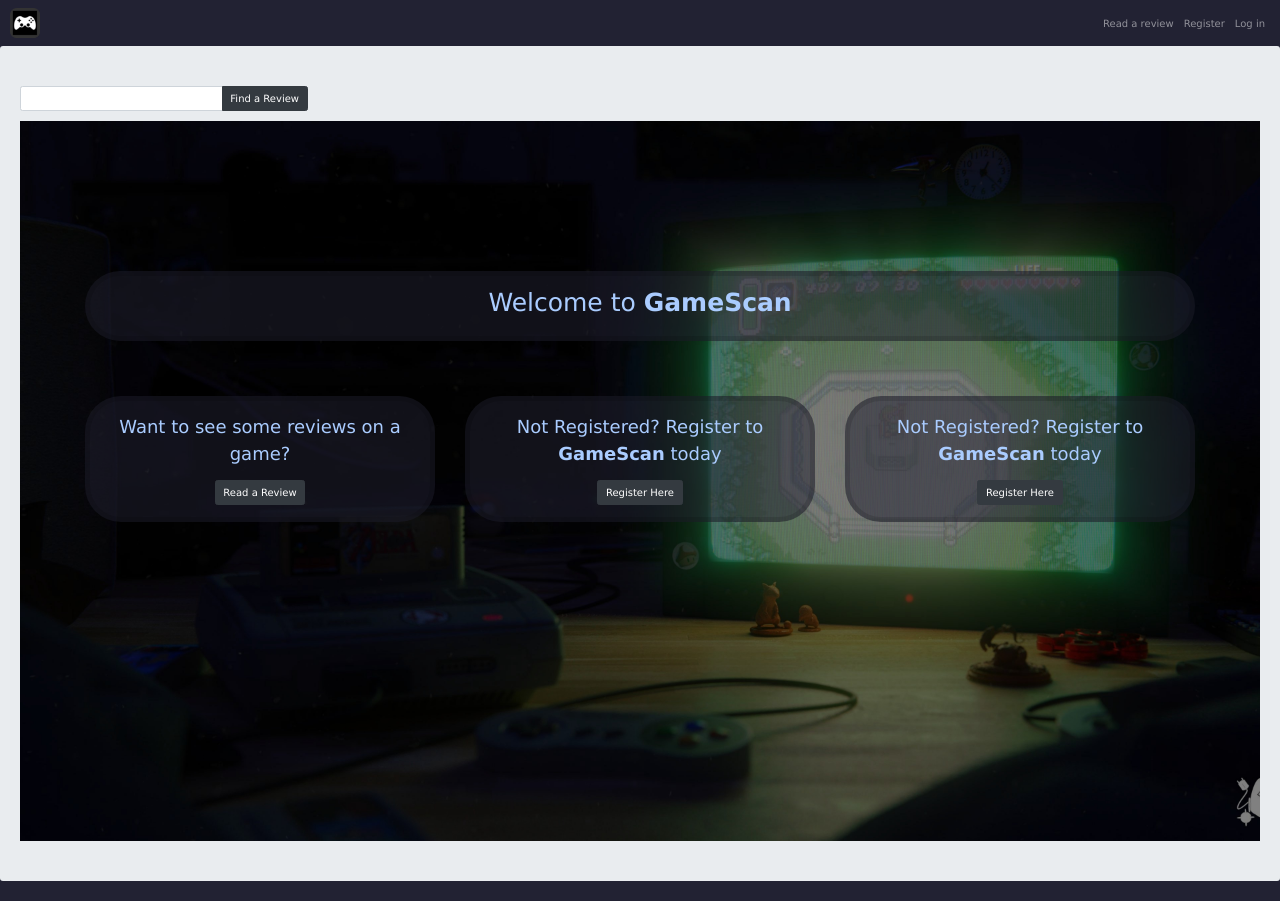
Repository: amit238/milestone-project-3
Page: http://localhost/
The author's editor kept a record of every edit. The page is drawn from the files as they stood at one moment, then again after the next edit.
The browser window is 1280 px wide. The pictures show the whole page.
Some web libraries are served in a nearby version. The page is served by the project's application, run on Flask 3 (app.py). Other server files are loaded and not shown.

Above is the page before.

### templates/index.html
{% extends "base.html" %} {% block nav_index %}active{% endblock %} {% block content %}
<div class="background">
    <div class="container fade-in">
        <div class="row">
            <div class="col-12 homepage">
                <div class="card homepage-card">
                    <div class="card-body">
                        <h1 class="welcome">Welcome to <strong>GameScan</strong></h1>
                    </div>
                </div>
            </div>
        </div>
        <div class="row padding-text-align">
            <div class="col-12 col-lg-4">
                <div class="card homepage-card">
                    <!--Homepage which shows cards providing buttons to redirect -->
                    <div class="card-body">
                        <p>Want to see some reviews on a game?</p>
                        <a href="{{ url_for('reviews') }}" ><button method="get" type="submit" type="button" class="btn btn-dark">Read a Review</button></a>
                    </div>
                </div>
            </div>
            <div class="col-12 col-lg-4">
                <div class="card homepage-card">
                    <div class="card-body">
                        <p>Not Registered? Register to <strong>GameScan</strong> today</p>
                        <a href="{{ url_for('register') }}"><button type="button" class="btn btn-dark">Register Here</button></a>
                    </div>
                </div>
            </div>
            <div class="col-12 col-lg-4">
                <div class="card homepage-card">
                    <div class="card-body">
                        <p>Not Registered? Register to <strong>GameScan</strong> today</p>
                        <a href="{{ url_for('register') }}"><button type="button" class="btn btn-dark">Register Here</button></a>
                    </div>
                </div>
            </div>
        </div>
        {% endblock %}

### templates/base.html
<!DOCTYPE html>
<html lang="en">

<head>
  <meta charset="UTF-8">
  <meta name="viewport" content="width=device-width, initial-scale=1.0">
  <meta http-equiv="X-UA-Compatible" content="ie=edge"> {% if title %}
  <title>GameScan - {{ title }} </title>
  {% else %}
  <title>Welcome to GameScan!</title>
  {% endif %}
  <link rel="stylesheet" href="https://maxcdn.bootstrapcdn.com/bootstrap/4.2.1/css/bootstrap.min.css" type="text/css" />
  <link rel="stylesheet" href="https://use.fontawesome.com/releases/v5.0.10/css/all.css" integrity="sha384-+d0P83n9kaQMCwj8F4RJB66tzIwOKmrdb46+porD/OvrJ+37WqIM7UoBtwHO6Nlg" crossorigin="anonymous">
  <link rel="stylesheet" href="{{url_for('static', filename='css/style.css')}}" type="text/css" />
  <link rel="shortcut icon" type="image/ico" href="{{ url_for('static', filename='img/favicon.ico') }}" />
</head>

<body>

  <header>
    <nav class="navbar navbar-expand-lg navbar-dark bg-custom ">
      <a class="navbar-brand" href="{{ url_for('index') }}">
       <img src="{{ url_for('static', filename='img/favicon.ico') }}" width="30" height="30" alt="">
  </a>
      <button class="navbar-toggler" type="button" data-toggle="collapse" data-target="#navbarNavAltMarkup" aria-controls="navbarNavAltMarkup" aria-expanded="false" aria-label="Toggle navigation">
    <span class="navbar-toggler-icon"></span>
  </button>
      <div class="collapse navbar-collapse" id="navbarNavAltMarkup">
        <div class="navbar-nav ml-auto">
          <!--Being 'logged in' will show different links-->
          {% if session['logged_in'] == True %}
          <a class="nav-item nav-link" href="{{ url_for('reviews') }}">Read a review</a>
          <a class="nav-item nav-link" href="{{ url_for('addreview') }}">Write a review</a>
          <a class="nav-item nav-link" href="{{ url_for('logout') }}">Sign Out</a> {% else %}
          <a class="nav-item nav-link" href="{{ url_for('reviews') }}">Read a review</a>
          <a class="nav-item nav-link" href="{{ url_for('register') }}">Register</a>
          <a class="nav-item nav-link" href="{{ url_for('login') }}">Log in</a> {% endif %}
        </div>
      </div>
    </nav>
    <div class="jumbotron">
    <div class="row">
      <div class="col-lg-3">
        <form class="input-group mb-3" action="{{ url_for('search') }}">
          <input class="form-control" type="text" name="query" />
          <div class="input-group-append">
            <button class="btn btn-dark" type="submit">Find a Review</button>
          </div>
        </form>
      </div>
    </div>
    {% with messages = get_flashed_messages() %} {% if messages %}
    <ul>
      {% for message in messages %}
      <li class="alert-warning">{{ message }}</li>
      {% endfor %}
    </ul>
    {% endif %} {% endwith %} {% block content %} {% endblock %}
  </header>
  <script src="https://code.jquery.com/jquery-3.5.1.js" integrity="sha256-QWo7LDvxbWT2tbbQ97B53yJnYU3WhH/C8ycbRAkjPDc=" crossorigin="anonymous"></script>
  <script src="https://cdnjs.cloudflare.com/ajax/libs/popper.js/1.14.6/umd/popper.min.js" integrity="sha384-wHAiFfRlMFy6i5SRaxvfOCifBUQy1xHdJ/yoi7FRNXMRBu5WHdZYu1hA6ZOblgut" crossorigin="anonymous"></script>
  <script src="https://stackpath.bootstrapcdn.com/bootstrap/4.2.1/js/bootstrap.min.js" integrity="sha384-B0UglyR+jN6CkvvICOB2joaf5I4l3gm9GU6Hc1og6Ls7i6U/mkkaduKaBhlAXv9k" crossorigin="anonymous"></script>
</body>

</html>

### app.py
import os
if os.path.exists("env.py"):
  import env
from flask import Flask, render_template, redirect, request, url_for, flash, session
from forms import LoginForm, RegisterForm, ReviewGameForm
from flask_pymongo import PyMongo
from bson.objectid import ObjectId
import re
import bcrypt

app = Flask(__name__)
app.config["MONGO_DBNAME"] = 'game_scan'
app.config["MONGO_URI"] = os.environ.get('MONGO_URI')

mongo = PyMongo(app)

SECRET_KEY = os.urandom(32)
app.config['SECRET_KEY'] = SECRET_KEY



@app.route('/reviews')
def reviews():
    return render_template('reviews.html', title="Read a review!", game_reviews=mongo.db.game_reviews.find())







@app.route('/')
def index():
    return render_template('index.html', title="Home")






# Adding Log in

@app.route('/login', methods=['GET', 'POST'])
def login():
    """Login handler"""
    if session.get('logged_in'):
        if session['logged_in'] is True:
            return redirect(url_for('index', title="Log In"))

    form = LoginForm()

    if form.validate_on_submit():
        # get all users
        users = mongo.db.users
        # try and get one with same name as entered
        db_user = users.find_one({'name': request.form['username']})

        if db_user:
            # check password using hashing
            if bcrypt.hashpw(request.form['password'].encode('utf-8'),
                             db_user['password']) == db_user['password']:
                session['username'] = request.form['username']
                session['logged_in'] = True
                flash('You have successfully logged in!')
                # successful redirect to home logged in
                return redirect(url_for('index', title="Sign In", form=form))
            # must have failed set flash message
            flash('Invalid username/password combination')
    return render_template("login.html", title="Sign In", form=form)





@app.route('/logout')
def logout():
    """Clears session and redirects to home"""
    session.clear()
    return redirect(url_for('index'))





# Adding in Register form

@app.route('/register', methods=['GET', 'POST'])
def register():
    """Handles registration functionality"""
    form = RegisterForm(request.form)
    if form.validate_on_submit():
        # get all the users
        users = mongo.db.users
        # see if we already have the entered username
        existing_user = users.find_one({'name': request.form['username']})

        if existing_user is None:
            # hash the entered password
            hash_pass = bcrypt.hashpw(request.form['password'].encode('utf-8'), bcrypt.gensalt())
            # insert the user to DB
            users.insert_one({'name': request.form['username'],
                          'password': hash_pass,
                          'email': request.form['email']})
            session['username'] = request.form['username']
            session['logged_in'] = True
            # Logs user in after registering
            return redirect(url_for('index'))
        # duplcate username set flash message and reload page
        flash('Sorry, that username is already taken - use another')
        return redirect(url_for('register'))
    return render_template('register.html', title='Register', form=form)





# Adding a review

@app.route('/addreview', methods=['GET', 'POST'])
def addreview():

   # If user gets onto the add page but not logged in

    if 'logged_in' not in session:
        flash('To add a review you need to sign in')
        return redirect(url_for('login'))

   # If form submits successfully

    form = ReviewGameForm(request.form)
    if request.method == 'POST':
        game_reviews=mongo.db.game_reviews
        print('inside')
        print('rating:' + request.form['rating'])
        # import pdb; pdb.set_trace()
        # add form content to db as a new record
        game_reviews.insert_one({
            'user_created': session['username'],
            'name': request.form['name'],
            'genre': request.form['genre'],
            'rating': request.form['rating'],
            'description': request.form['description'],
            })

        flash('Your Review has been added ', 'success')

        # send to my reviews template on successful add
        return redirect(url_for('reviews'))

    return render_template('addreview.html', form=form,
                           title='Add a Review')





# Editing a review

@app.route('/editreview/<id>', methods=['GET', 'POST'])
def editreview(id):


    a_reivew = mongo.db.game_reviews.find_one({'_id': ObjectId(id)})
    # retrieving record from db


    form = ReviewGameForm(data=a_reivew)

    if form.validate_on_submit():  # if form submits successfully
        game_reviews = mongo.db.game_reviews


        # add form content to db as a new record
        game_reviews.update_one({'_id': ObjectId(id)}, {'$set': {
            'name': request.form['name'],
            'genre': request.form['genre'],
            'rating': request.form['rating'],
            'description': request.form['description'],
            }})
        flash('Your review has been updated!', 'success')

        # send to my review template on successful addupdate
        return redirect(url_for('reviews', id=id))

    return render_template('editreview.html', form=form,
                           title='Edit a  Review!')


# Delete a review

# If user is logged in and wants to delete a review

@app.route('/deletereview/<id>', methods=['GET', 'POST'])
def deletereview(id):

    flash("Your review has been removed!.")
    mongo.db.game_reviews.delete_one({'_id': ObjectId(id)})
    return redirect(url_for('index'))

# Adding a Search bar to my reviews page


@app.route('/search', methods=['POST'])
def search():
    # This creates an index in each of the fields in the collect to perform a text search on them
    mongo.db.game_reviews.create_index([('description', 'text'), ('name','text'), ('genre', 'text'),])

    query = request.form.get('query')
    game_reviews = mongo.db.game_reviews.find({'$text': {'$search': query}})
    return render_template('reviews.html', game_reviews=game_reviews, type='search', query=query)




# Adding a 404 error page

''' If user goes onto a page that doesnt exist on the app '''

@app.errorhandler(404)
def handle_404(exception):
    return render_template('404.html', exception=exception, title="404 Error")

if __name__ == '__main__':
    app.run(host=os.environ.get('IP'),
            port=int(os.environ.get('PORT')),
            debug=False)

### static/css/style.css
html {
  font-size: 10px;
}

body {
  padding: 0;
  margin: 0;
  background-color: #222233;
  font-family: "Lucida Sans Unicode", "Lucida Grande", sans-serif;
  ;
}

/*----Navbar----*/

.bg-custom {
  background-color: #222233;
}

.nav-item {
  color: #aaccff;
}

/*----Homepage----*/

.padding-text-align {
  padding-top: 5em;
  text-align: center;
}

.homepage-card {
  font-size: large;
  background-color: rgba(34, 34, 51, 0.5);
  border-radius: 2em;
  border-width: thick;
  animation: fade-cards-in 2s ease-out;
  margin-bottom: 5px;
  color: #AACCFF
}

@keyframes fade-cards-in {
  0% {
    opacity: .5;
    transform: translateY(30px);
  }
  80% {
    transform: translateY(3px);
  }
  100% {
    opacity: 1;
    transform: translate(0);
  }
}

.background {
  background-image: url('../img/night.jpg');
  background-color: #222233;
  background-size: cover;
  background-repeat: no-repeat;
  height: 100vh;
}

.homepage {
  padding-top: 15em;
  text-align: center;
}

/*----Add Review----*/
/*-some css also in reviews.html to stop repeating-*/

.form-bg {
  background-color: #222233;
  margin-top: 2em;
}

.thick-border {
  border-width: thick;

}

.form-text {
  color: #AACCFF;
  font-size: 1.4rem;
  border-width: thick;
}

.form-btn {
  text-align: center;
  background-color: #222233;
}

.center-header {
  text-align: center;
}


/*----Reviews----*/

.center {
  text-align: center;
  border-width: thick;
}

.description {
  margin-top: 2em;
  text-align: left;
}

.review-title {
  font-weight: 900;
}


/*----Register----*/
/*-some css also in other html pages to stop repeating-*/

.color-center {
  color: #AACCFF;
  text-align: center;
}

.padding-top {
  padding-top: 1em;
}


.border-box {
  border-radius: 1rem;
}




.message {
  text-align: center;
  color: white;
  padding-left: 3rem;
}

After the next edit:
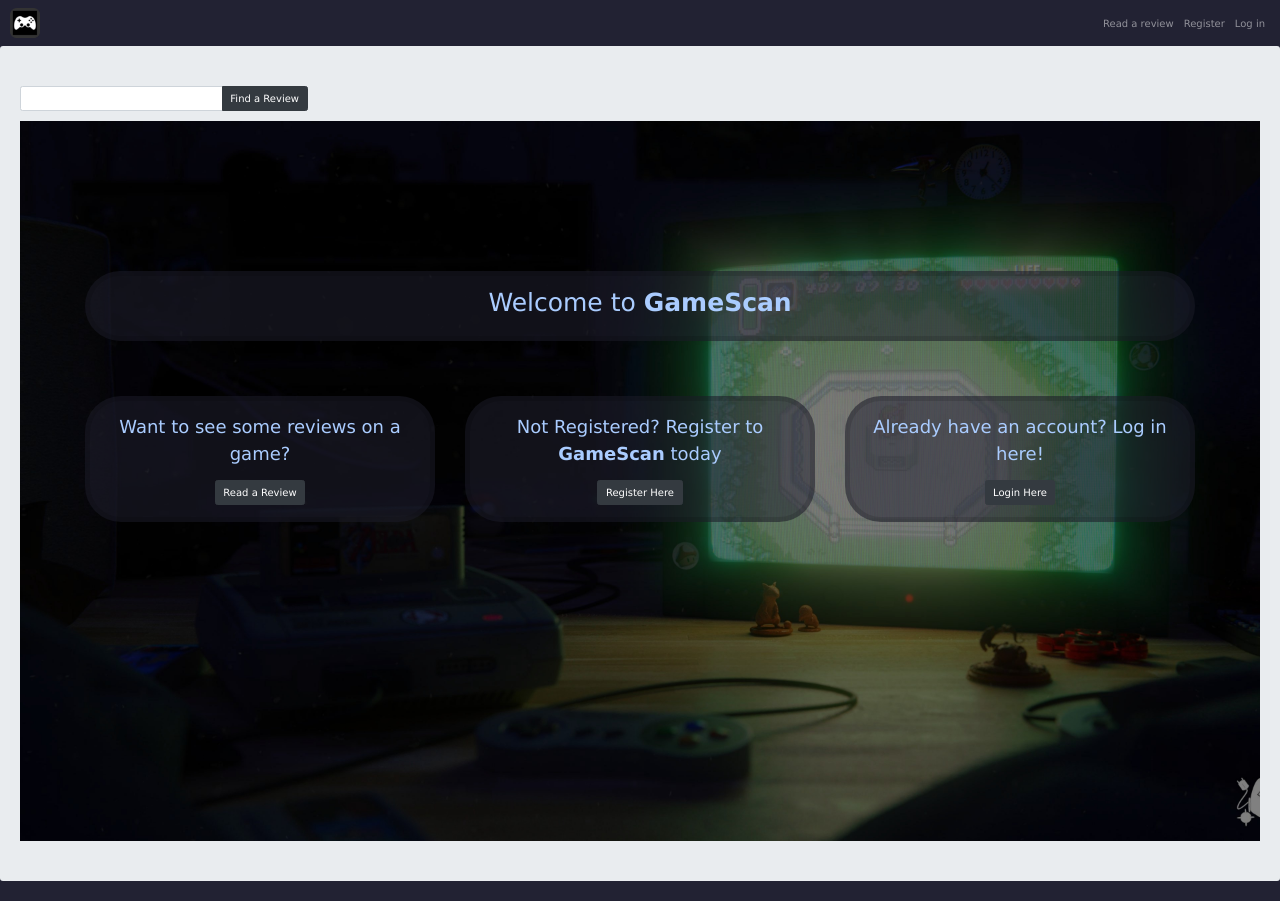
The edit:
--- a/templates/index.html
+++ b/templates/index.html
@@ -31,8 +31,8 @@
             <div class="col-12 col-lg-4">
                 <div class="card homepage-card">
                     <div class="card-body">
-                        <p>Not Registered? Register to <strong>GameScan</strong> today</p>
-                        <a href="{{ url_for('register') }}"><button type="button" class="btn btn-dark">Register Here</button></a>
+                        <p>Already have an account? Log in here!</p>
+                        <a href="{{ url_for('login') }}"><button type="button" class="btn btn-dark">Login Here</button></a>
                     </div>
                 </div>
             </div>
